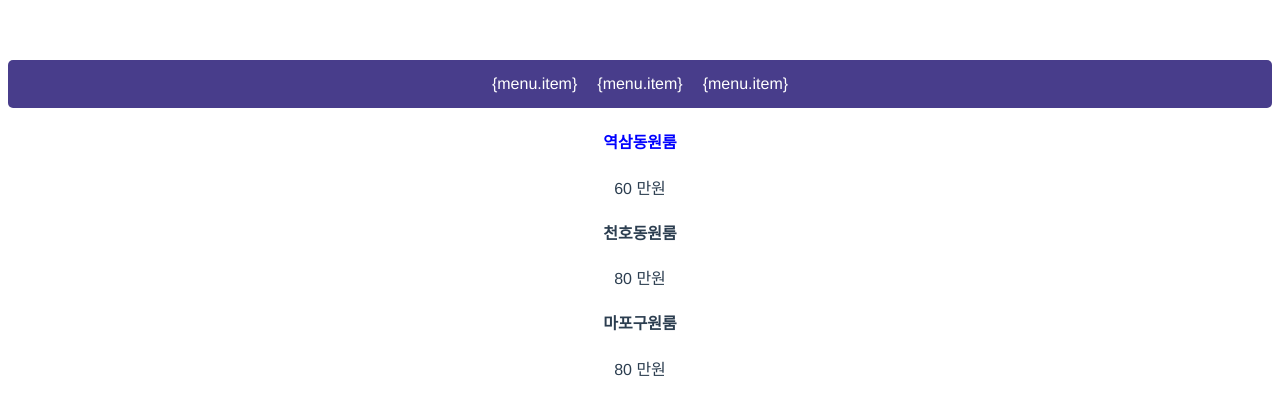
Repository: jy0813/Function
Page: / (app in function/)
An editor plug-in stored every save of this project. The page is shown before and after the next save, followed by the edit.
The browser window is 1280 px wide. The pictures show the whole page.
The project was rebuilt for these pictures with package versions that can differ from the ones it lists, and the page was loaded fresh each time.

Above is the page before, as saved 2022-02-23 14:37:03.

After the next save:
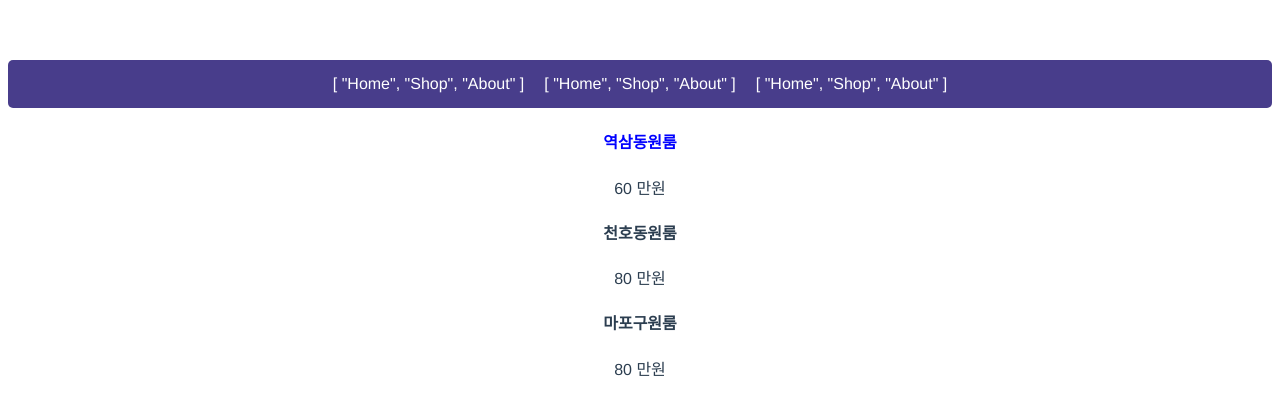
Saved 31 s later.
--- a/function/src/App.vue
+++ b/function/src/App.vue
@@ -1,6 +1,6 @@
 <template>
 <div class="menu">
-  <a v-for="item in menu" :key="item">{menu.item}</a>
+  <a v-for="item in menu" :key="item">{{menu}}</a>
   </div>
 <div>
   <h4 :style="style">{{products[0]}}</h4>
